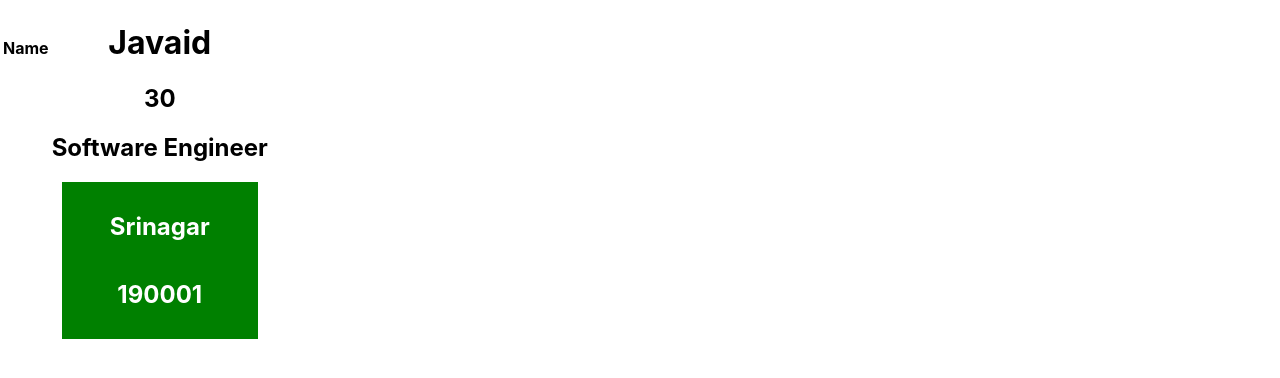
Repository: JavaidAhmadKhan/framer-motion-reacr
Page: /
The author's editor kept a copy of each file at every save. The page is drawn from the files as they stood at one save, then again after a run of saves.
The browser window is 1280 px wide. The pictures show the whole page.
The project was rebuilt for these pictures with package versions that can differ from the ones it lists, and the page was loaded fresh each time.

Above is the page before, as saved 2022-05-19 17:27:39.

After the next 3 saves:
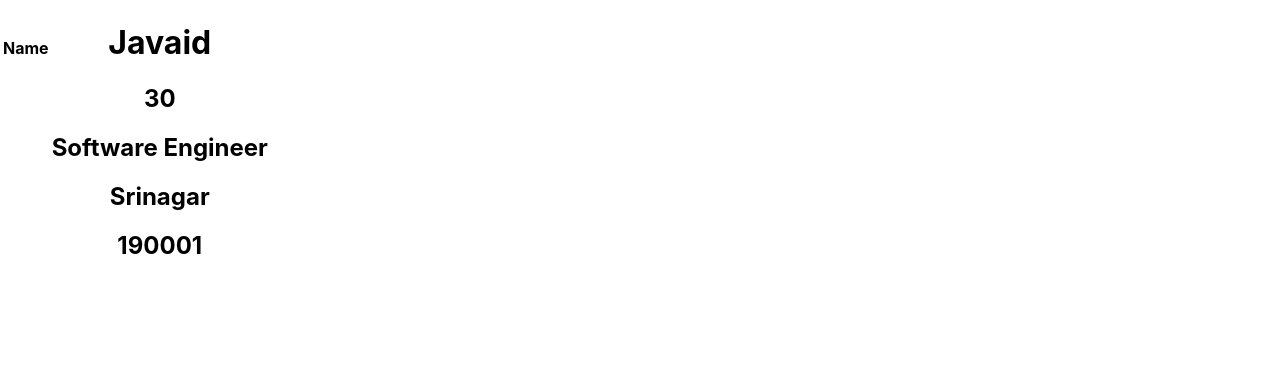
The 3 saves are shown as one change because they came seconds apart.
The last was saved 14 s later.
--- a/src/App.js
+++ b/src/App.js
@@ -26,22 +26,8 @@ class App extends Component {
           <h1>{this.state.name}</h1>
           <h2>{this.state.age}</h2>
           <h2>{this.state.profession}</h2>
-
-          <div
-            style={{
-              display: "flex",
-              flexDirection: "column",
-              justifyContent: "center",
-              alignItems: "center",
-              backgroundColor: "green",
-              margin: "10px",
-              padding: "10px",
-              color: "white",
-            }}
-          >
-            <h2>{this.state.address.city}</h2>
-            <h2>{this.state.address.pincode}</h2>
-          </div>
+          <h2>{this.state.address.city}</h2>
+          <h2>{this.state.address.pincode}</h2>
         </table>
       </div>
     );
